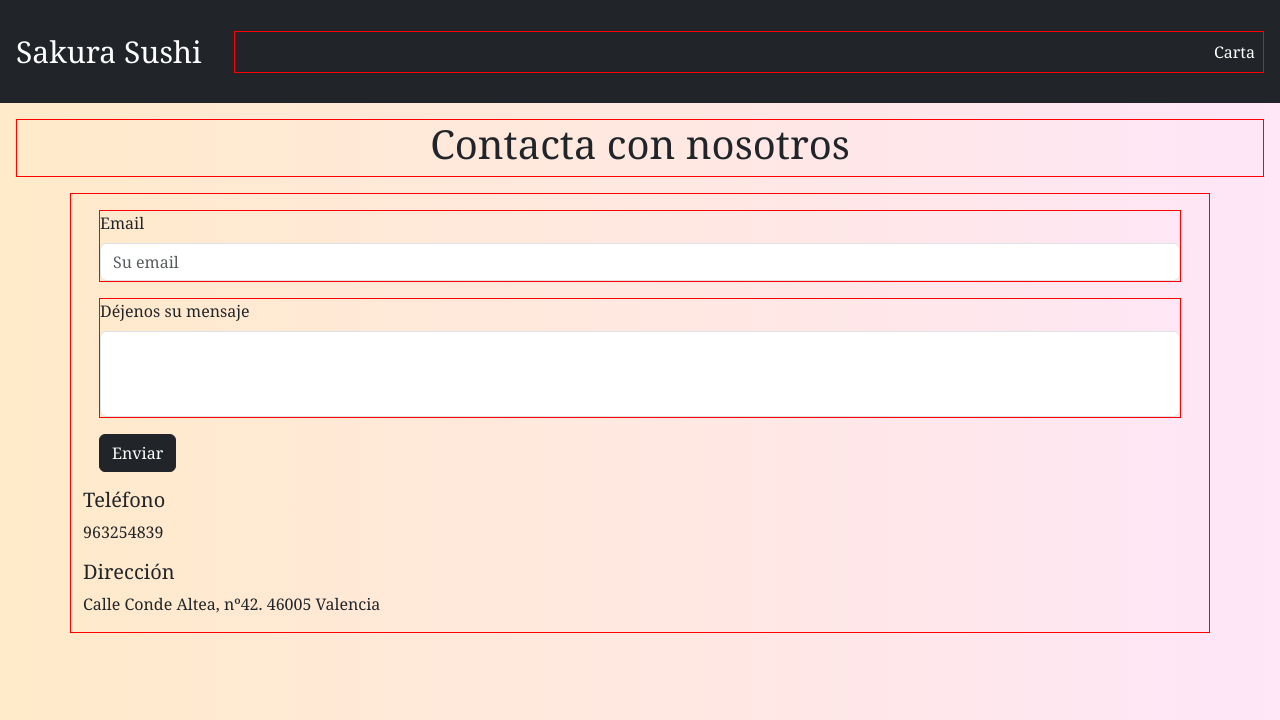
Repository: aipacheco/Fuji-restaurante
Page: contact.html
The author's editor kept a copy of each file at every save. The page is drawn from the files as they stood at one save, then again after the next save.
The browser window is 1280 px wide. The pictures show the whole page.
Some web libraries are served in a nearby version.

Above is the page before, as saved 2024-01-27 11:47:27.

After the next save:
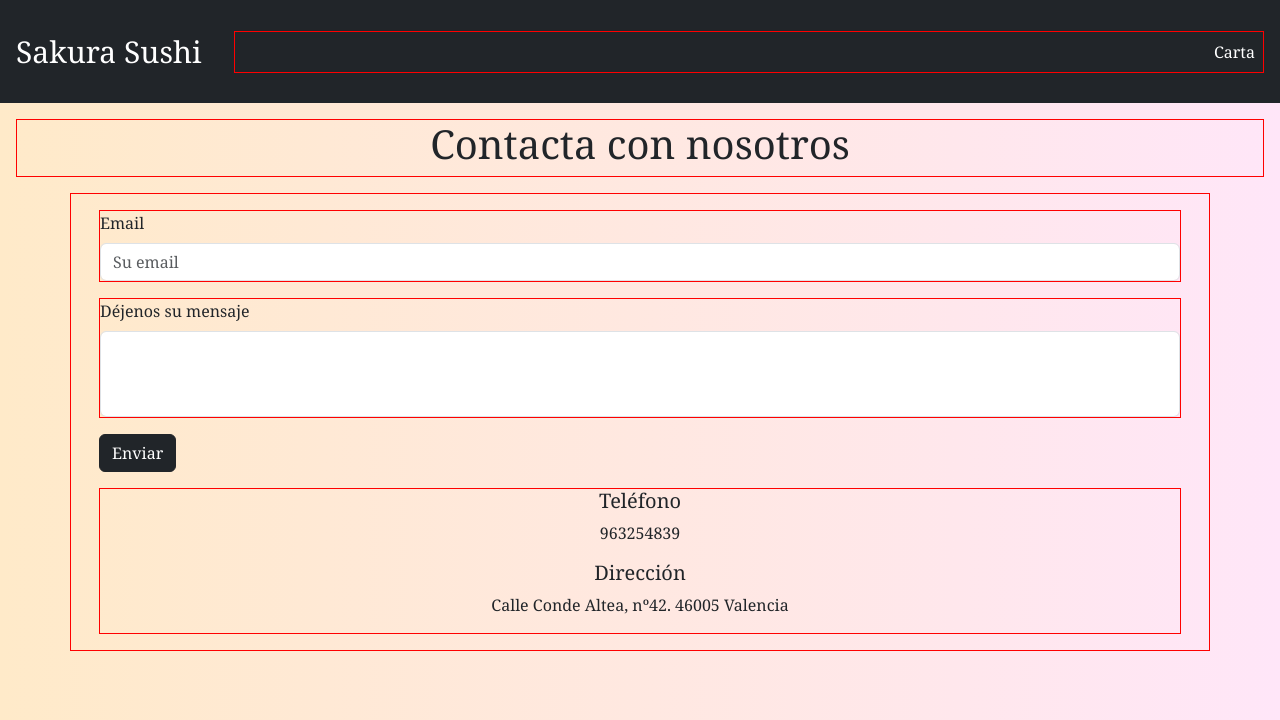
Saved 37 s later.
--- a/contact.html
+++ b/contact.html
@@ -79,7 +79,7 @@
           <button class="btn btn-dark" type="submit">Enviar</button>
         </form>
 
-
+        <div class="row d-flex justify-content-center text-center m-3">
       <h5>Teléfono</h5>
         <p>963254839</p>
         <h5>Dirección</h5>
